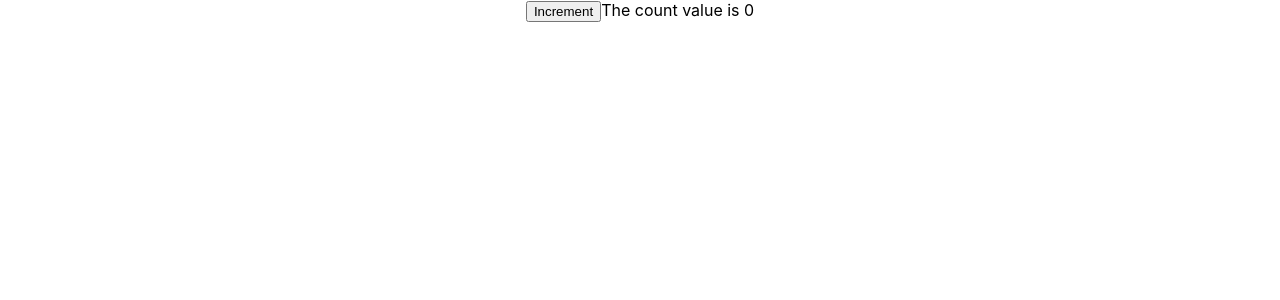
Repository: vuongtm1999/ALTA-exercise-1
Page: /
The author's editor kept a copy of each file at every save. The page is drawn from the files as they stood at one save, then again after the next save.
The browser window is 1280 px wide. The pictures show the whole page.
The project was rebuilt for these pictures with package versions that can differ from the ones it lists, and the page was loaded fresh each time.

Above is the page before, as saved 2022-10-26 15:37:54.

After the next save:
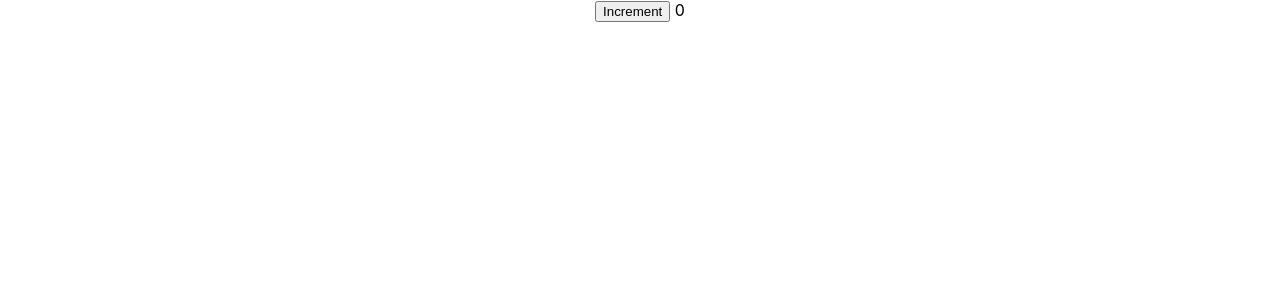
Saved 5 s later.
--- a/src/App.tsx
+++ b/src/App.tsx
@@ -25,7 +25,7 @@
   // ]
   return (
     <div className="App">
-      <Counter message='The count value is'/>
+      <Counter />
     </div>
   );
 }

After the save that followed:
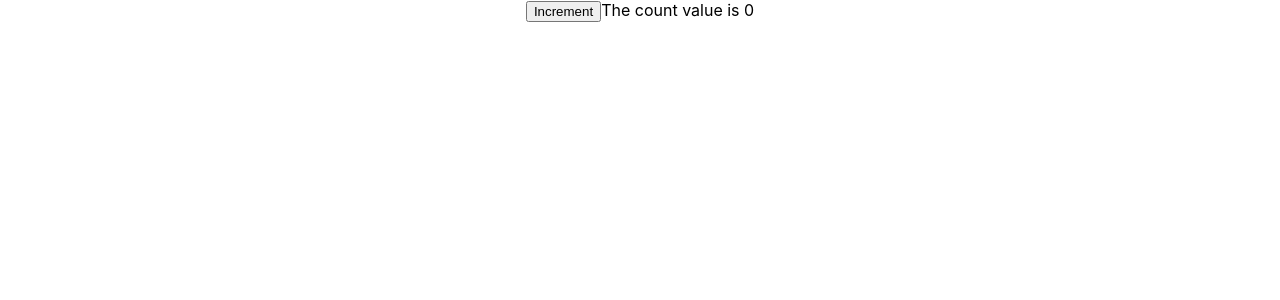
Saved 20 s later.
--- a/src/App.tsx
+++ b/src/App.tsx
@@ -25,7 +25,7 @@
   // ]
   return (
     <div className="App">
-      <Counter />
+      <Counter message='The count value is'/>
     </div>
   );
 }
